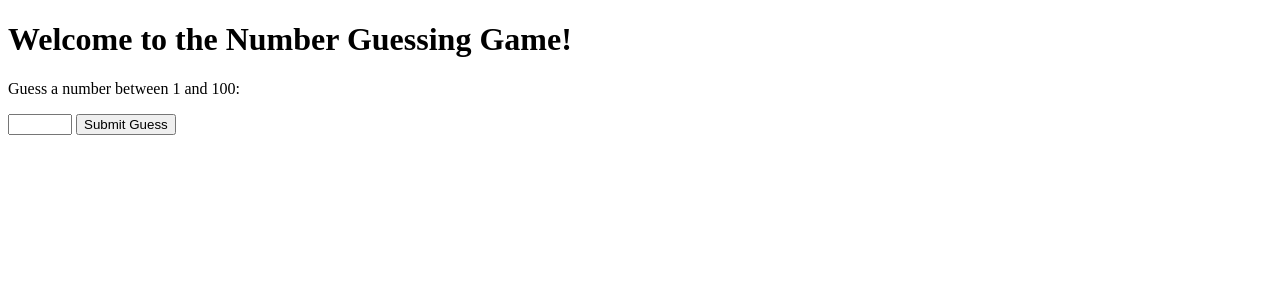
Repository: Rahim-Ullah/hexoforge-bootcamp
Page: phase-2-js-basic/guessing-game.html
The author's editor kept a copy of each file at every save. The page is drawn from the files as they stood at one save, then again after the next save.
The browser window is 1280 px wide. The pictures show the whole page.

Above is the page before, as saved 2025-09-06 12:32:51.

### phase-2-js-basic/guessing-game.html
<!DOCTYPE html>
<html lang="en">

<head>
    <meta charset="UTF-8">
    <meta name="viewport" content="width=device-width, initial-scale=1.0">
    <title>Number guessing game</title>
</head>

<body>
    <h1>Welcome to the Number Guessing Game!</h1>
    <p>Guess a number between 1 and 100:</p>
    <input type="number" id="userGuess" min="1" max="100">
    <button id="submitGuess">Submit Guess</button>
    <p id="resultMessage"></p>

    <script>
        const randomNumber = Math.floor(Math.random() * 100) + 1;
        const submitGuessButton = document.getElementById('submitGuess');
        const resultMessage = document.getElementById('resultMessage');

        submitGuessButton.addEventListener('click', () => {
            const userGuess = parseInt(document.getElementById('userGuess').value);
            if (userGuess === randomNumber) {
                resultMessage.textContent = 'Congratulations! You guessed the correct number.';
            } else if (userGuess < randomNumber) {
                resultMessage.textContent = 'Too low! Try again.';
            } else {
                resultMessage.textContent = 'Too high! Try again.';
            }
        });
    </script>
</body>

</html>

After the next save:
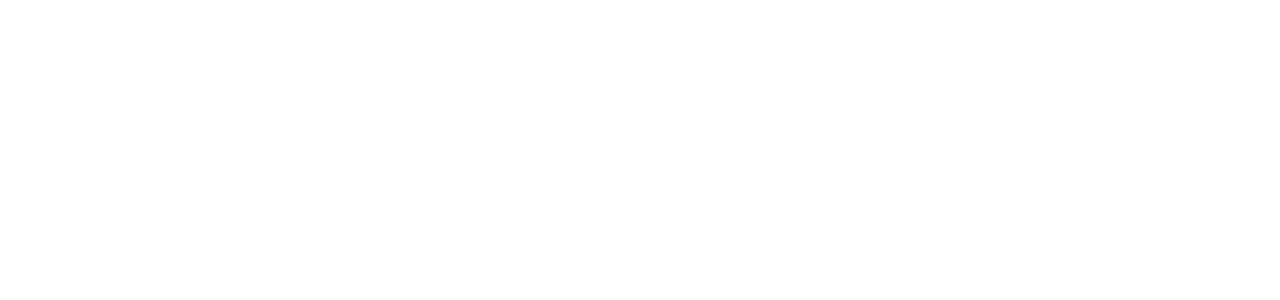
Console error: TypeError: Cannot read properties of null (reading 'addEventListener')
Saved 96 s later.
--- a/phase-2-js-basic/guessing-game.html
+++ b/phase-2-js-basic/guessing-game.html
@@ -8,11 +8,7 @@
 </head>
 
 <body>
-    <h1>Welcome to the Number Guessing Game!</h1>
-    <p>Guess a number between 1 and 100:</p>
-    <input type="number" id="userGuess" min="1" max="100">
-    <button id="submitGuess">Submit Guess</button>
-    <p id="resultMessage"></p>
+
 
     <script>
         const randomNumber = Math.floor(Math.random() * 100) + 1;

After the save that followed:
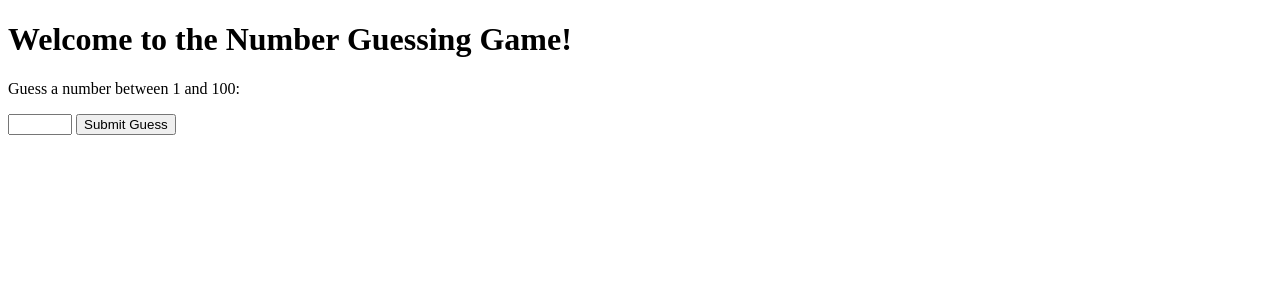
The error is gone.
Saved 4 s later.
--- a/phase-2-js-basic/guessing-game.html
+++ b/phase-2-js-basic/guessing-game.html
@@ -8,7 +8,13 @@
 </head>
 
 <body>
-
+    <div class="container">
+        <h1>Welcome to the Number Guessing Game!</h1>
+    <p>Guess a number between 1 and 100:</p>
+    <input type="number" id="userGuess" min="1" max="100">
+    <button id="submitGuess">Submit Guess</button>
+    <p id="resultMessage"></p>
+    </div>
 
     <script>
         const randomNumber = Math.floor(Math.random() * 100) + 1;
